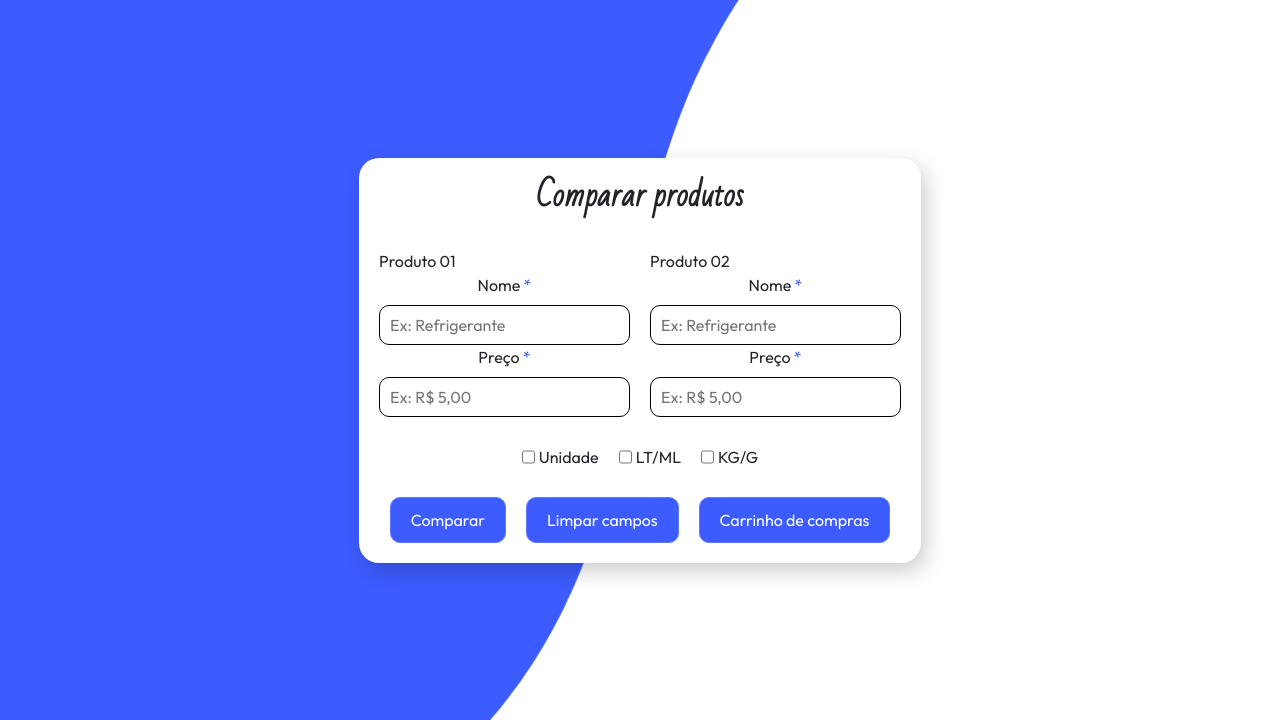
Repository: GabrielMA0/CheckMart
Page: /compare-product
An editor plug-in stored every save of this project. The page is shown before and after the next save, followed by the edit.
The browser window is 1280 px wide. The pictures show the whole page.
The project was rebuilt for these pictures with package versions that can differ from the ones it lists, and the page was loaded fresh each time. Also part of the build but not shown: vite.config.js, src/stores/cart.js, src/stores/modal.js, src/components/Header.vue, src/components/Cart.vue, src/components/Modal.vue.

Above is the page before, as saved 2025-08-06 21:47:47.

### index.html
<!doctype html>
<html lang="pt-br">
  <head>
    <meta charset="UTF-8" />
    <meta name="viewport" content="width=device-width, initial-scale=1.0" />
    <link
      rel="shortcut icon"
      href="./public/icons/3b788fdf-f1e4-400e-a77d-d7600fce64ce 1.svg"
      type="image/x-icon"
    />
    <link
      rel="stylesheet"
      href="https://fonts.googleapis.com/css2?family=Material+Symbols+Outlined:opsz,wght,FILL,GRAD@20..48,100..700,0..1,-50..200"
    />
    <title>CheckMart</title>
  </head>
  <body>
    <main id="app"></main>
    <script type="module" src="/src/main.js"></script>
  </body>
</html>

### src/main.js
import { createApp } from 'vue';
import App from './App.vue';
import { createPinia } from 'pinia'
import piniaPluginPersistedstate from 'pinia-plugin-persistedstate'
import 'bootstrap/dist/css/bootstrap.css'
import 'bootstrap'
import './registerServiceWorker'
import router from './router/router'

const app = createApp(App);
const pinia = createPinia()

pinia.use(piniaPluginPersistedstate)

app.use(pinia)
app.use(router)
app.mount('#app');

### src/App.vue
<template>
  <div class="container-main">
    <div class="img-background"></div>
    <router-view />
  </div>
</template>

<script setup>
</script>

<style lang="scss">
  @import url('https://fonts.googleapis.com/css2?family=Bad+Script&display=swap');
  @import url('https://fonts.googleapis.com/css2?family=Outfit:wght@100;200;300;400;500;600;700;800;900&display=swap');

  .img-background{
    background-position: center;
    background-image: url("./assets/Background.svg");
    background-repeat: no-repeat;
    background-attachment: fixed;
    background-size: cover;
    position: absolute;
    top: 0;
    bottom: 0;
    left: 0;
    right: 0;
    z-index: -1;
  }

  .container-main{
    display: flex;
    flex-direction: column;
    align-items: center;
    justify-content: center;
    margin: 0;
    padding: 0;
    width: 100% !important;
    height: 100vh;
  }
</style>

### src/router/router.js
import { createRouter, createWebHistory } from 'vue-router'
import Home from '../views/Home.vue'
import CompareProduct from '../views/CompareProduct.vue'

const routes = [
    { path: '/', component: Home },
    { path: '/compare-product', component: CompareProduct },
]

const router = createRouter({
    history: createWebHistory(),
    routes
})

export default router

### src/views/Home.vue
<template>
    <Header/>
    <section>
      <Modal/>
      <Cart/>
    </section>
</template>

<script setup>
  import Header from '../components/Header.vue';
  import Cart from '../components/Cart.vue';
  import Modal from '../components/Modal.vue';
</script>

<style lang="scss">

// ---ANIMAÇÕES---
    @keyframes slide-bottom {
        0% {
            transform: translateY(-100px);
            opacity: 0;
          }
          100% {
            transform: translateY(0);
            opacity: 1;
        }
    }
    @keyframes slide-top {
        0% {
            transform: translateY(0);
            opacity: 1;
        }
        100% {
            transform: translateY(-100px);
            opacity: 0;
        }
    }
    @keyframes opacity-entrances {
        0% {
            opacity: 0;
        }
        100% {
            opacity: 1;
        }
    }
    @keyframes opacity-exits {
        0% {
            opacity: 1;
        }
        100% {
            opacity: 0;
        }
    }
    .open-modal-animation{
        animation-name: slide-bottom;
        animation-duration: 0.5s;
    }
    .close-modal-animation{
        animation-name: slide-top;
        animation-duration: 0.5s;
    }
    .open-message-alert-warning{
      animation-name: opacity-entrances;
      animation-duration: 0.3s;
    }
    .close-message-alert-warning{
      animation-name: opacity-exits;
      animation-duration: 0.3s;
    }

    // ---ANIMAÇÕES---

  body, html{
    margin: 0;
    padding: 0;
    box-sizing: border-box;
    font-family: 'Outfit', sans-serif !important;
  }
  h1,h2{
    font-family: 'Bad Script', cursive;
    font-weight: bold !important;
  }

  input, select{
    padding: 0 10px;
    height: 40px;
    border-radius: 10px;
    border: 1px solid black;
    outline: none;
    @media (max-width: 425px) {
      padding: 5px;
      width: 100%;
    }
  }
  .background{
    width: 100vw;
    height: 100vh;
    position: absolute;
    top: 0;
    left: 0;
    background-color: rgba(0,0,0,0.5);
    z-index: 1;
  }
  .field-error{
    border: 1px solid red;
    background-color: rgba(255, 0, 0, 0.2);
  }

</style>

### src/views/CompareProduct.vue
<script setup>
import Container from '../components/Container.vue'
import Subtitle from '../components/Subtitle.vue'
import Input from '../components/Input.vue'
import Button from '../components/Button.vue'
</script>

<template>
    <Container>
        <Subtitle>Comparar produtos</Subtitle>
        <div class="container-fields">
            <div>
                <span>Produto 01</span>
                <Input
                label="Nome"
                placeholder="Ex: Refrigerante"
                type="text"
                v-model="product"
                :isRequired="true"
                :hasError="submitCount > 0 && productError ? true : false"
                :messageError="productError"
                id="productField"
                />
                <Input
                label="Preço"
                placeholder="Ex: R$ 5,00"
                type="text"
                v-model.lazy="price"
                v-money="money"
                @keydown="blockNegativeNumbers"
                :isRequired="true"
                :hasError="submitCount > 0 && priceError ? true : false"
                :messageError="priceError"
                />
            </div>

            <div>
                <span>Produto 02</span>
                <Input
                label="Nome"
                placeholder="Ex: Refrigerante"
                type="text"
                v-model="product"
                :isRequired="true"
                :hasError="submitCount > 0 && productError ? true : false"
                :messageError="productError"
                id="productField"
                />
                <Input
                label="Preço"
                placeholder="Ex: R$ 5,00"
                type="text"
                v-model.lazy="price"
                v-money="money"
                @keydown="blockNegativeNumbers"
                :isRequired="true"
                :hasError="submitCount > 0 && priceError ? true : false"
                :messageError="priceError"
                />
            </div>
        </div>

        <div class="container-checkboxs">
            <Input
            label="Unidade"
            type="checkbox"
            class="input-checkbox"
            id="unity"
            v-model="price"
            :isRequired="false"
            />
            <Input
            label="LT/ML"
            type="checkbox"
            id="lt-ml"
            class="input-checkbox"
            v-model="price"
            :isRequired="false"
            />
            <Input
            label="KG/G"
            type="checkbox"
            id="kg"
            class="input-checkbox"
            v-model="price"
            :isRequired="false"
            />
        </div>

        <div class="container-btns">
            <Button>Comparar</Button>
            <Button>Limpar campos</Button>
            <router-link to="/">
                <Button>Carrinho de compras</Button>
            </router-link>
        </div>

    </Container>
</template>

<style lang="scss">

    .container-fields{
        display: flex;
        gap: 20px;
    }
    .container-checkboxs{
        display: flex;
        gap: 20px;

            .input-checkbox{
            align-items: center;
            flex-direction: row-reverse;

            label{
                padding: 0;
            }
        }
    }
    .container-btns{
        display: flex;
        gap: 20px;
    }

</style>

### src/components/Container.vue
<script setup>
</script>

<template>
    <div class="container">
        <slot></slot>
    </div>
</template>

<style lang="scss" scoped>

    .container{
        display: flex;
        align-items: center;
        flex-direction: column;
        background-color: white;
        box-shadow: 5px 8px 21px rgba(0,0,0,0.2);
        padding: 20px;
        border-radius: 20px;
        gap: 20px;
        width: auto;
        min-width: 388px;

        @media (max-width: 425px) {
            width: 90vw;
            height: auto;
            padding: 20px 0;
        }
    }
</style>

### src/components/Subtitle.vue
<script>

</script>

<template>
    <h2>
        <slot></slot>
    </h2>
</template>

<style lang="scss" scoped>
    h2 {
        padding-bottom: 15px;
        font-size: 30px;
        margin: 0;
    }
</style>

### src/components/Input.vue
<script setup>
    const props = defineProps({
        label: String,
        placeholder: String,
        type: String,
        modelValue: String,
        messageError: String,
        id: String,
        inputmode: String,
        pattern: String,
        min: String,
        ref: String,
        isRequired: Boolean,
        hasError: Boolean,
    })
</script>

<template>
    <div class="container-field">
        <label :for="id">{{label}} <span v-show="isRequired" class="asterisk">*</span></label>
        <input
        :type="type"
        :id="id"
        :placeholder="placeholder"
        :value="modelValue"
        :inputmode="inputmode"
        :pattern="pattern"
        :min="min"
        @input="$emit('update:modelValue', $event.target.value)"
        :class="{ 'field-error': hasError }"
        :ref="ref">


        <span class="error-message" v-show="hasError">{{ messageError }}</span>
    </div>
</template>

<style lang="scss" scoped>
    .container-field {
        display: flex;
        flex-direction: column;
        gap: 4px;
        align-items: center;
        position: relative;

        .asterisk {
            color: #3D5CFF;
        }

        label {
            padding-bottom: 4px;
            cursor: text;
        }

        .error-message{
            color: #EC3737;
            font-size: 12px;
            position: absolute;
            bottom: -20px;
        }
    }
</style>

### src/components/Button.vue
<script>

</script>

<template>
    <button class="btns">
        <slot></slot>
    </button>
</template>
<style lang="scss" scoped>

  .btns{
    background-color: #3D5CFF;
    border: 1px solid #5F79FF;
    padding: 10px 20px;
    color: white;
    border-radius: 10px;
    height: auto !important;
    outline: none;

    &:hover{
    background-color: #0023D8;
    }
  }
</style>

Loaded but not shown: src/registerServiceWorker.js (common file)

After the next save:
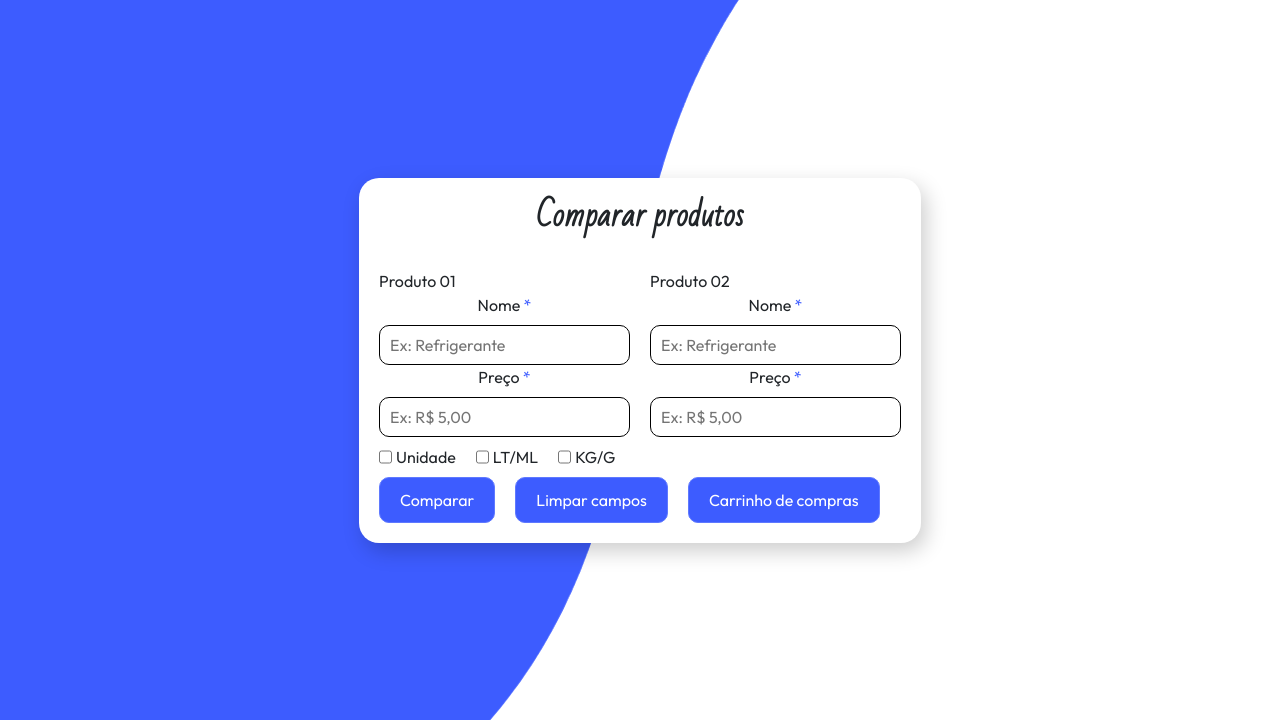
Saved 60 s later.
--- a/src/views/CompareProduct.vue
+++ b/src/views/CompareProduct.vue
@@ -8,7 +8,8 @@ import Button from '../components/Button.vue'
 <template>
     <Container>
         <Subtitle>Comparar produtos</Subtitle>
-        <div class="container-fields">
+        <form @submit.prevent="addProduct">
+            <div class="container-fields">
             <div>
                 <span>Produto 01</span>
                 <Input
@@ -94,6 +95,7 @@ import Button from '../components/Button.vue'
                 <Button>Carrinho de compras</Button>
             </router-link>
         </div>
+        </form>
 
     </Container>
 </template>
